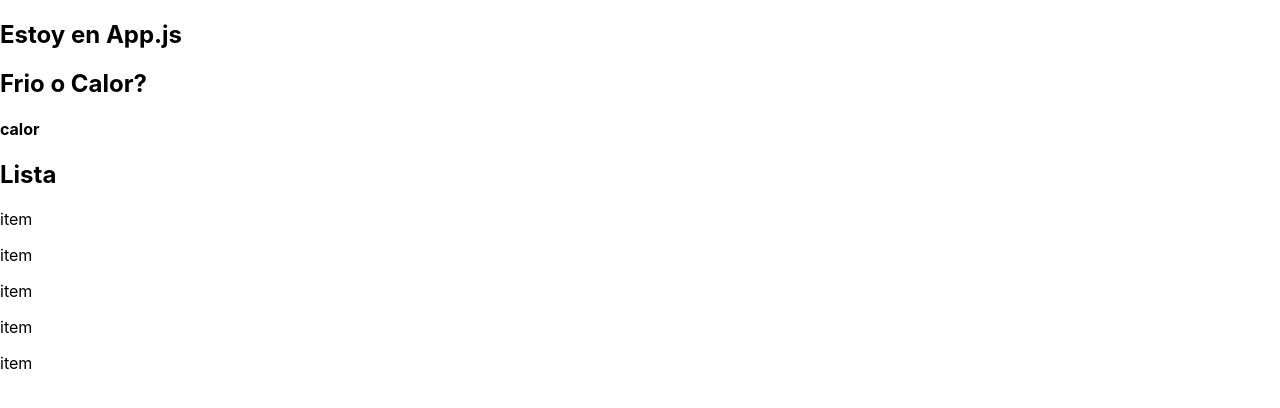
Repository: geraldine-ventura/Jsx-practica-terminada
Page: /
An editor plug-in stored every save of this project. The page is shown before and after the next save, followed by the edit.
The browser window is 1280 px wide. The pictures show the whole page.
The project was rebuilt for these pictures with package versions that can differ from the ones it lists, and the page was loaded fresh each time.

Above is the page before, as saved 2022-12-28 19:33:31.

### src/App.js
import React from 'react'
import Jsx from "./componetes/Jsx"
import Lista from './componetes/Lista';

function App() {
  return (
    <div className="App">
    <h2>Estoy en App.js</h2>
    <Jsx></Jsx>
    <Lista></Lista>
    </div>
  );
}

export default App;

### src/componetes/Jsx.js
import React, { Fragment } from 'react'

const  Jsx= () => {
    //const saludo =" CONSTANTE PRUEBA"
    const temperatura=21;
    return (
        <Fragment>

    <h2>Frio o Calor?</h2>
    <h4>
       {
        temperatura > 20 ? "calor" : "frio"
       }
    </h4>
       </Fragment>
        );
}

export default Jsx;

### src/componetes/Lista.js
import React,{useState,Fragment} from 'react'
const  Lista= () => {

 const [arrayNumero, setNumero]= useState([1,2,3,5,6])

    return (
        <Fragment>
          <h2> Lista</h2>
          {
            arrayNumero.map((item )=>
                <p>item</p>
            )
          }
        </Fragment>
     );
}

export default Lista;

Loaded but not shown: public/index.html (common file); src/index.js (common file); src/index.css (common file); src/reportWebVitals.js (common file)

After the next save:
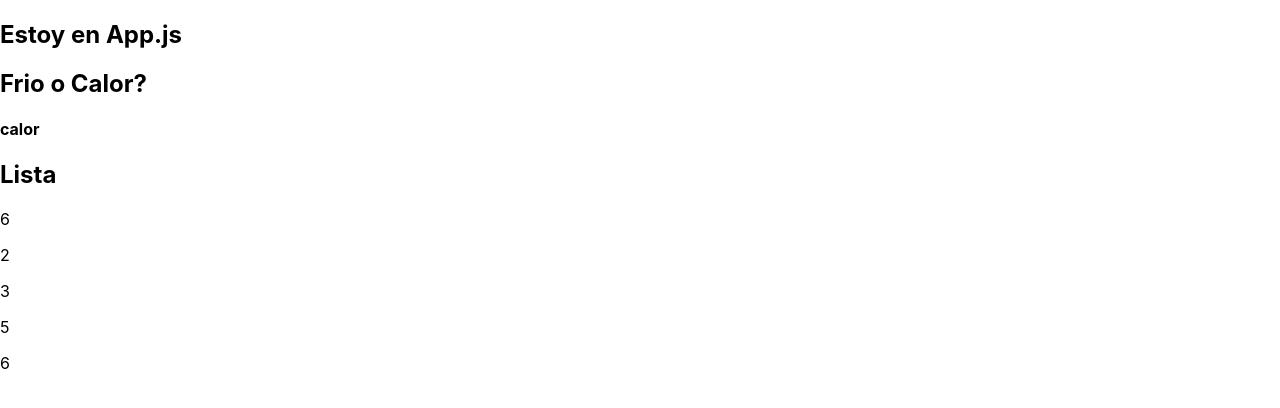
Saved 86 s later.
--- a/src/componetes/Lista.js
+++ b/src/componetes/Lista.js
@@ -1,14 +1,14 @@
 import React,{useState,Fragment} from 'react'
 const  Lista= () => {
 
- const [arrayNumero, setNumero]= useState([1,2,3,5,6])
+ const [arrayNumero, setNumero]= useState([6,2,3,5,6])
 
     return (
         <Fragment>
           <h2> Lista</h2>
           {
             arrayNumero.map((item )=>
-                <p>item</p>
+                <p>{item}</p>
             )
           }
         </Fragment>
